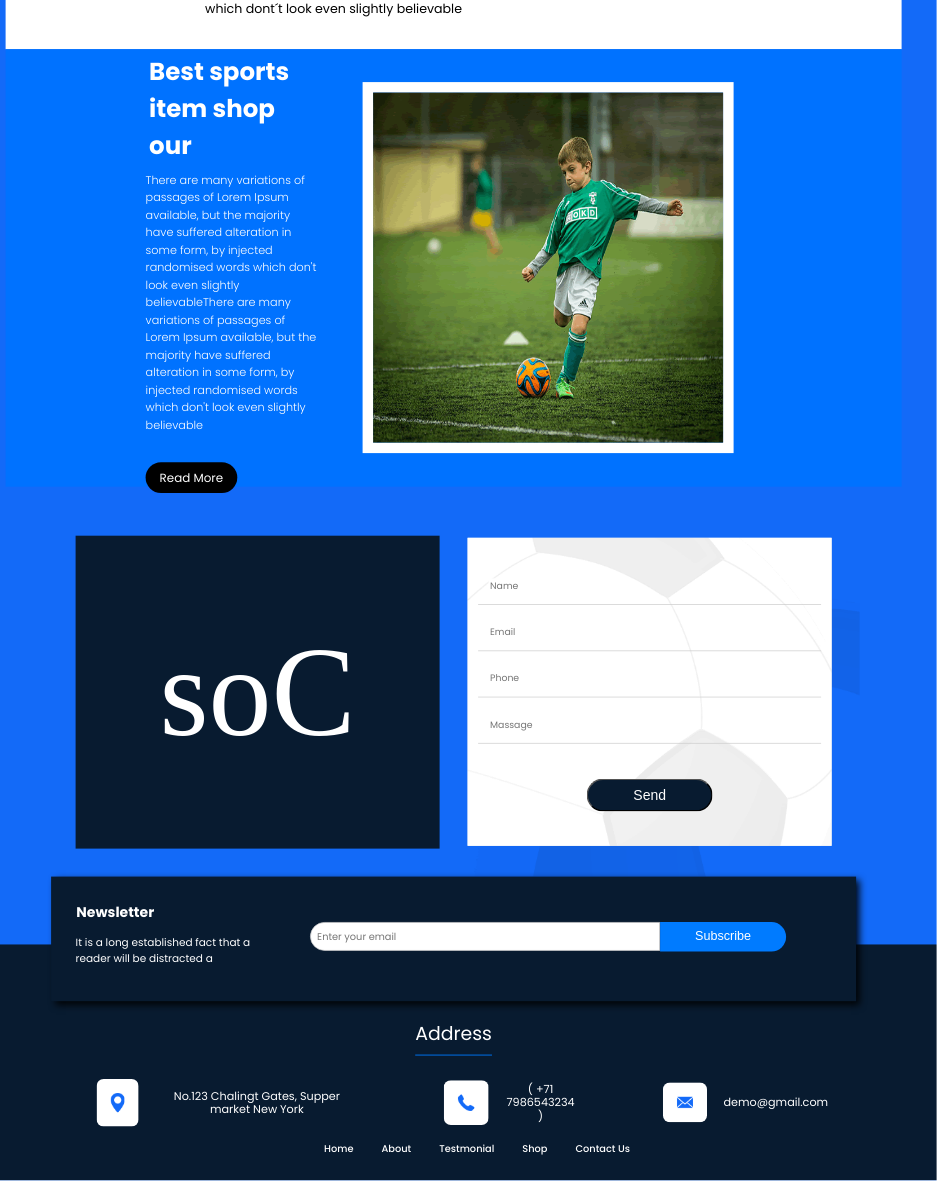
Repository: Vinicius9922/Projeto-Web
Page: index.html
An editor plug-in stored every save of this project. The page is shown before and after the next save, followed by the edit.
The browser window is 1280 px wide. The page is 1338 px wide, so the pictures cover 1338 px, including what lies to the right of the window. The pictures show the part of the page from y = 2055 to 3895 px (the page is 3742 px tall before and 3895 px after), at 70% of full size.

Above is the page before, as saved 2024-12-13 20:02:41.

After the next save:
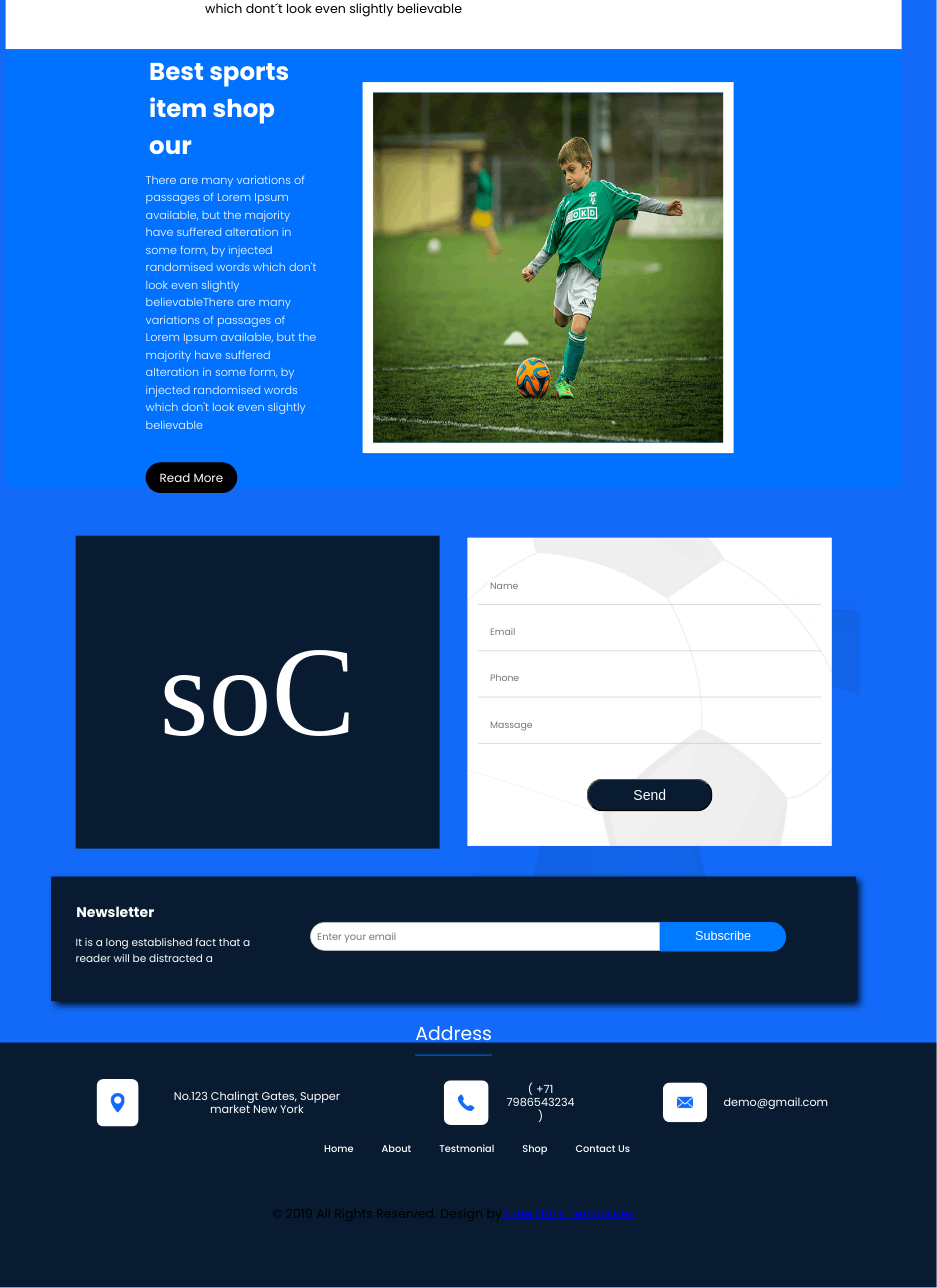
Saved 39 s later.
--- a/index.html
+++ b/index.html
@@ -212,10 +212,11 @@
                 </div>
             </div>
         </div>
-        <div class="trademark">
-
-
-        </div>
+        <div id="plant" class="footer layout_padding">
+            <div class="container">
+               <p>© 2019 All Rights Reserved. Design by<a href="https://html.design/"> Free Html Templates</a></p>
+            </div>
+         </div>
     </div>
 
 </body>
